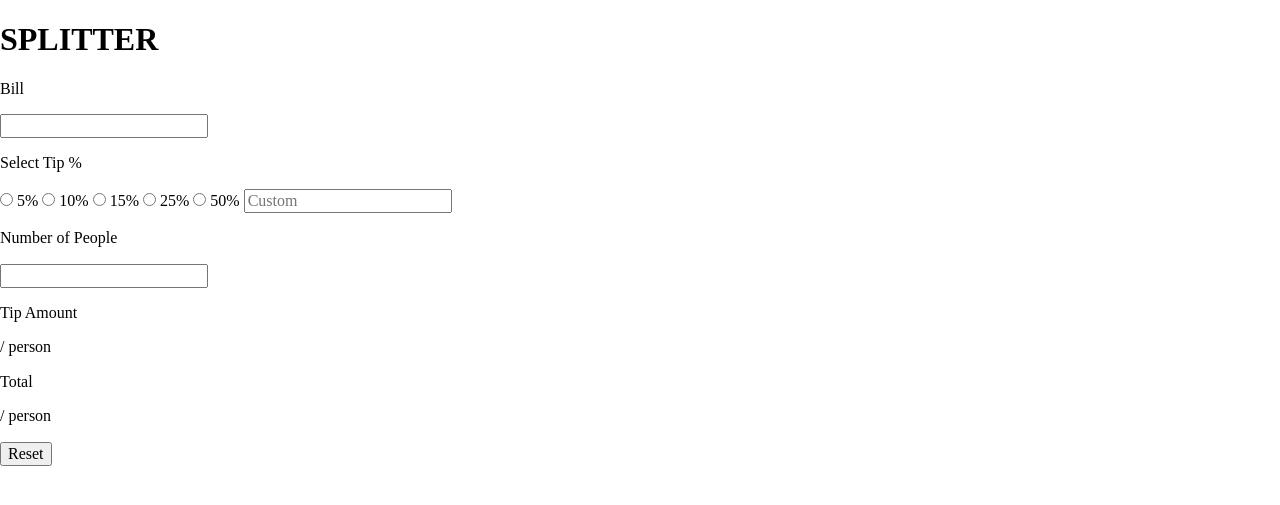
Repository: Jay-JYKim91/FM_tip-calculator
Page: index.html
An editor plug-in stored every save of this project. The page is shown before and after the next save, followed by the edit.
The browser window is 1280 px wide. The pictures show the whole page.

Above is the page before, as saved 2021-12-21 12:43:13.

### index.html
<!DOCTYPE html>
<html lang="en">
<head>
  <meta charset="UTF-8">
  <meta name="viewport" content="width=device-width, initial-scale=1.0"> <!-- displays site properly based on user's device -->

  <link rel="icon" type="image/png" sizes="32x32" href="./images/favicon-32x32.png">

  <title>Tip calculator</title>
  <link rel="preconnect" href="https://fonts.googleapis.com">
  <link rel="preconnect" href="https://fonts.gstatic.com" crossorigin>
  <link href="https://fonts.googleapis.com/css2?family=Space+Mono:wght@400;700&display=swap" rel="stylesheet">
  <link rel="stylesheet" href="https://cdnjs.cloudflare.com/ajax/libs/normalize/8.0.1/normalize.min.css" integrity="sha512-NhSC1YmyruXifcj/KFRWoC561YpHpc5Jtzgvbuzx5VozKpWvQ+4nXhPdFgmx8xqexRcpAglTj9sIBWINXa8x5w==" crossorigin="anonymous" referrerpolicy="no-referrer" />
  <link rel="stylesheet" href="style.css">
  <script src="main.js" defer></script>

</head>
<body>
  <main class="container">
    <h1 class="main-title">SPLITTER</h1>
    <section class="calculator-wrapper">
      <article class="input-wrapper">
        <div>
          <p class="title">Bill</p>
          <input type="text">
        </div>
        <div>
          <p class="title">Select Tip %</p>
          <input type="radio" id="5%" name="percentage">
          <label for="5%">5%</label>
          <input type="radio" id="10%" name="percentage">
          <label for="10%">10%</label>
          <input type="radio" id="15%" name="percentage">
          <label for="15%">15%</label>
          <input type="radio" id="25%" name="percentage">
          <label for="25%">25%</label>
          <input type="radio" id="50%" name="percentage">
          <label for="50%">50%</label>
          <input type="text" placeholder="Custom">
        </div>
        <div>
          <p class="title">Number of People</p>
          <input type="text">
        </div>
      </article>
      <article class="result_wrapper">
        <div class="result_rows">
          <div class="result_row">
            <div class="result_title_wrapper">
              <p class="title">Tip Amount</p>
              <p class="subtitle">/ person</p>
            </div>
            <p id="tipAmountPrice"></p>
          </div>
          <div class="result_row">
            <div class="result_title_wrapper">
              <p class="title">Total</p>
              <p class="subtitle">/ person</p>
            </div>
            <p id="totalPrice"></p>
          </div>
        </div>
        <div>
          <button>Reset</button>
        </div>
      </article>
    </section>
  </main>
</body>
</html>

### style.css
:root {
  --body-font: "Space Mono", monospace;

  --strong-cyan: hsl(172, 67%, 45%);
  --very-dark-cyan: hsl(183, 100%, 15%);
  --dark-grayish-cyan: hsl(186, 14%, 43%);
  --dark-grayish-cyan: hsl(184, 14%, 56%);
  --light-grayish-cyan: hsl(185, 41%, 84%);
  --light-grayish-cyan: hsl(189, 41%, 97%);
  --white: hsl(0, 0%, 100%);
}

/* Tablet size */
@media (min-width: 768px) and (max-width: 1023px) {
}

/* Mobile size */
@media (max-width: 767px) {
}

Loaded but not shown: main.js (empty)

After the next save:
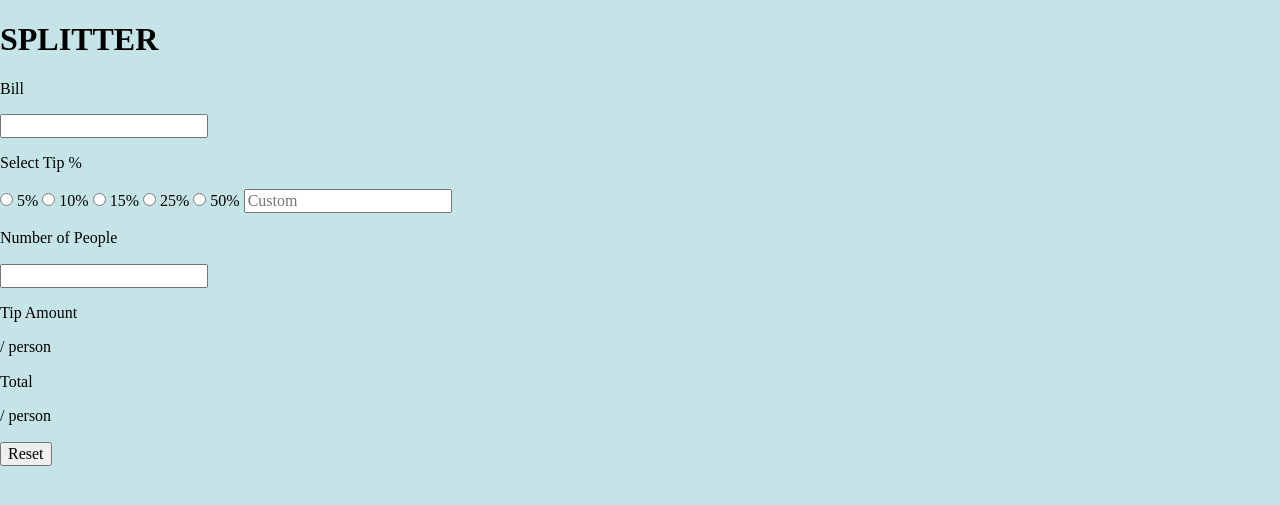
Saved 102 s later.
--- a/style.css
+++ b/style.css
@@ -5,11 +5,15 @@
   --very-dark-cyan: hsl(183, 100%, 15%);
   --dark-grayish-cyan: hsl(186, 14%, 43%);
   --dark-grayish-cyan: hsl(184, 14%, 56%);
-  --light-grayish-cyan: hsl(185, 41%, 84%);
-  --light-grayish-cyan: hsl(189, 41%, 97%);
+  --light-grayish-cyan1: hsl(185, 41%, 84%);
+  --light-grayish-cyan2: hsl(189, 41%, 97%);
   --white: hsl(0, 0%, 100%);
 }
-
+body {
+  background-color: var(--light-grayish-cyan1);
+}
+.container {
+}
 /* Tablet size */
 @media (min-width: 768px) and (max-width: 1023px) {
 }
